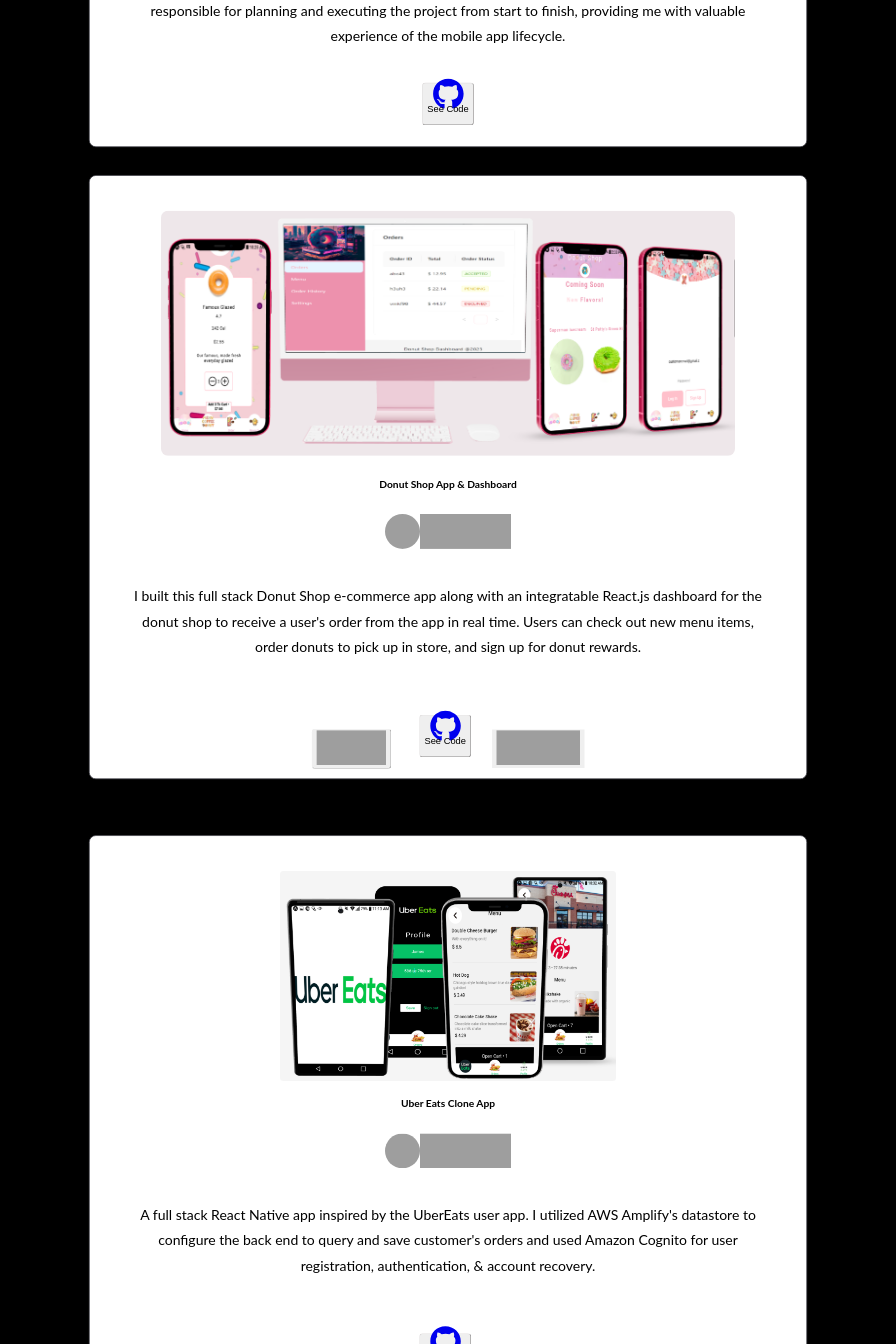
Repository: JamesPesenti/portfolio
Page: /
The author's editor kept a copy of each file at every save. The page is drawn from the files as they stood at one save, then again after the next save.
The browser window is 1280 px wide. The pictures show the part of the page from y = 2613 to 4533 px (the page is 6929 px tall), at 70% of full size.
Pictures or frames that could not be fetched are drawn as grey boxes. The project was rebuilt for these pictures with package versions that can differ from the ones it lists, and the page was loaded fresh each time. Imported but missing from the stored project, and not drawn on this page: src/Components/James Pesenti Resume 2023.pdf.

Above is the page before, as saved 2023-05-29 08:44:00.

After the next save:
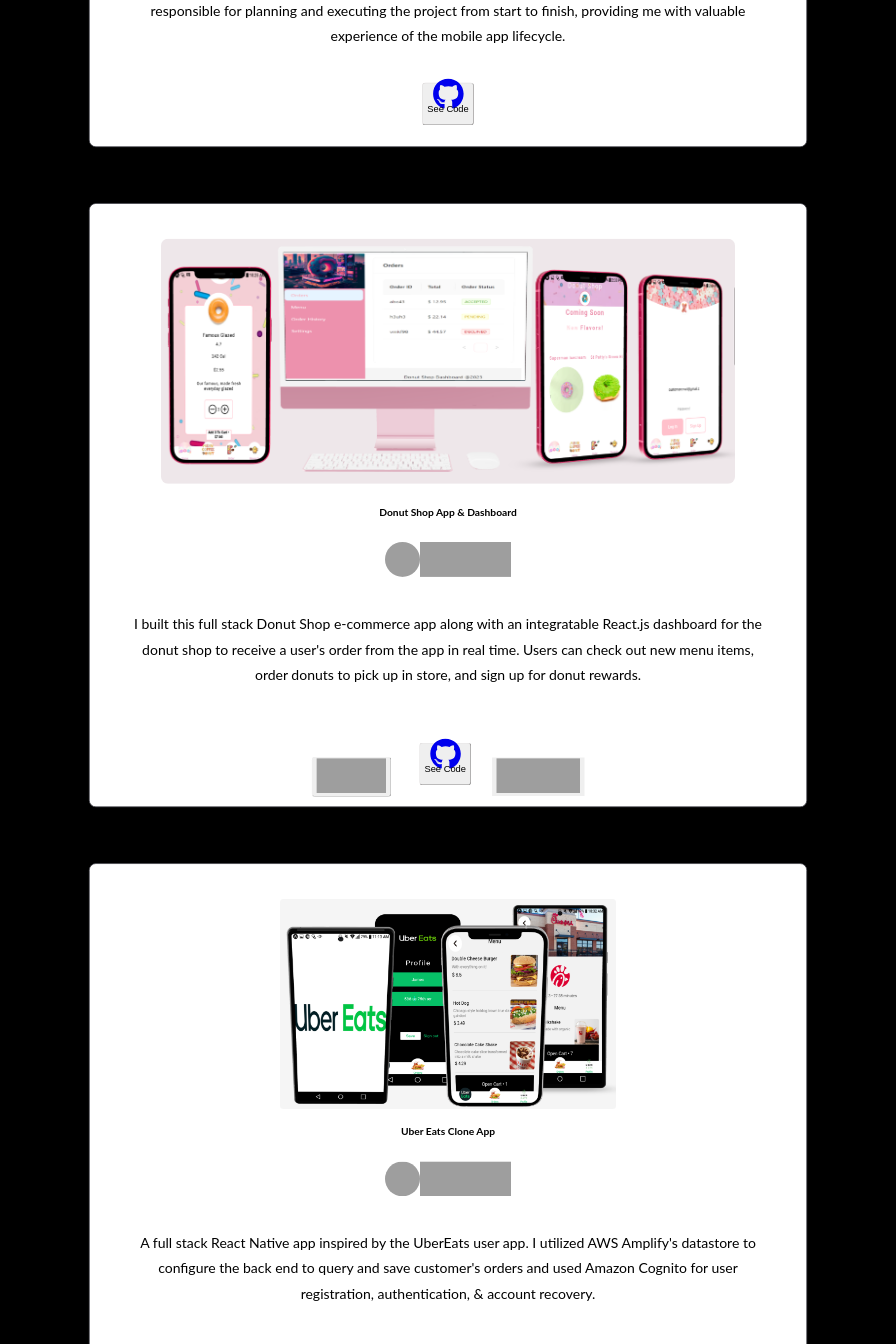
Saved 10 s later.
--- a/src/Components/MyProjects.jsx
+++ b/src/Components/MyProjects.jsx
@@ -49,7 +49,7 @@
 
 
      {/* Donut Shop App */}
-     <div style={{marginTop: 40, marginBottom: 20, justifyContent: 'center', alignItems: 'center',  width: "80%", borderRadius: 10}} className="box">
+     <div style={{marginTop: 80, marginBottom: 20, justifyContent: 'center', alignItems: 'center',  width: "80%", borderRadius: 10}} className="box">
             <div>
                 <img style={{ borderRadius: 10, marginTop: 50, width: "80%", height: 350, transition: ".7s", }} src="/images/appAndDashMock.png" />
             </div>
